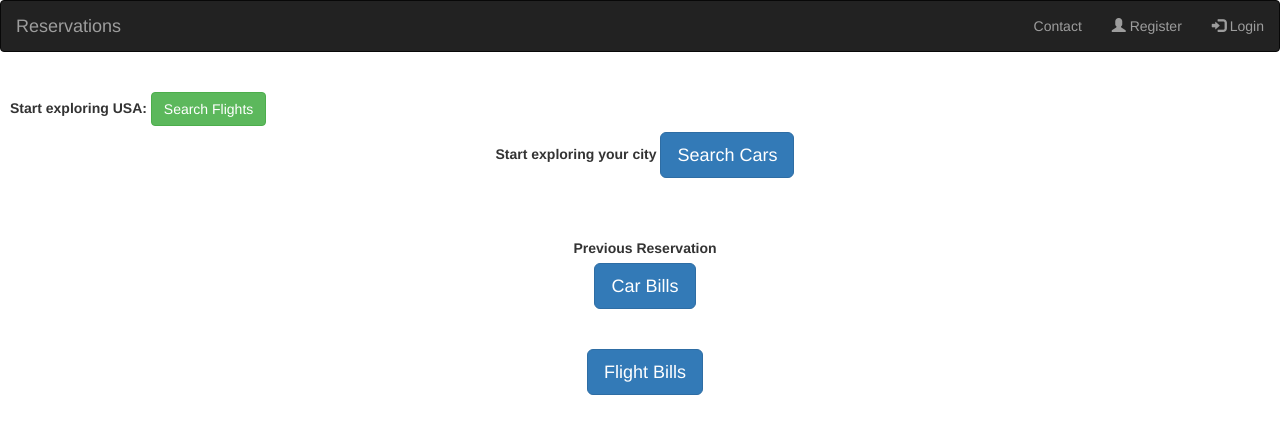
Repository: svnsiva/final-project
Page: http://localhost/flights-car-reservation/WEB-INF/pages/account.jsp
The author's editor kept a copy of each file at every save. The page is drawn from the files as they stood at one save, then again after the next save.
The browser window is 1280 px wide. The pictures show the whole page.
Some web libraries are served in a nearby version. The page is served by Tomcat 9. Nobody is signed in. Other server files are loaded and not shown. The template is opened directly, without the code that normally fills it, so the values that code supplies are empty.

Above is the page before, as saved 2017-08-06 00:07:52.

### flights-car-reservation/src/main/webapp/WEB-INF/pages/account.jsp
<%@ page language="java" contentType="text/html; charset=ISO-8859-1"
    pageEncoding="ISO-8859-1"%>
    <%@taglib uri="http://java.sun.com/jsp/jstl/core" prefix="c"%>
<%@taglib uri="http://www.springframework.org/tags/form" prefix="form" %>
<%@taglib uri="http://www.springframework.org/tags" prefix="spring" %>
<!DOCTYPE html PUBLIC "-//W3C//DTD HTML 4.01 Transitional//EN" "http://www.w3.org/TR/html4/loose.dtd">
<html>
<head>
<meta http-equiv="Content-Type" content="text/html; charset=ISO-8859-1">
<title>Insert title here</title>
  <link rel="stylesheet" href="https://maxcdn.bootstrapcdn.com/bootstrap/3.3.7/css/bootstrap.min.css">
  <script src="https://ajax.googleapis.com/ajax/libs/jquery/3.2.1/jquery.min.js"></script>
  <script src="https://maxcdn.bootstrapcdn.com/bootstrap/3.3.7/js/bootstrap.min.js"></script>
</head>
<body>

<style>
body{
/* background:url("http://kennethsurat.com/wp-content/uploads/2014/12/EXPLORE-DREAM-DISCOVER.jpg"); */
background-repeat:no-repeat;
background-size:cover;
}
.cen{

float:left;

}

</style>
<nav class="navbar navbar-inverse">
  <div class="container-fluid">
    <div class="navbar-header">
      <a class="navbar-brand">Reservations</a>
    </div>

    <ul class="nav navbar-nav navbar-right">
    	 <li><a href="${pageContext.request.contextPath}/contact">Contact</a></li>
      <li><a href="${pageContext.request.contextPath}/register"><span class="glyphicon glyphicon-user"></span> Register</a></li>
   <li><a href="${pageContext.request.contextPath}/login"><span class="glyphicon glyphicon-log-in"></span> Login</a></li>
    </ul>
  </div>
</nav>

 <div class="media">
    <div class="media-left">
     <!--  <img style="margin-left: 50px;" src="https://www.citizenpass.io/themes/citizen-pass/img/process-login.png" class="media-object" > -->
    </div>
    <div class="media-body text-center">
      <div><br>
      <div>
    <form class="form" action="${pageContext.request.contextPath}/search" method="get">
   <div class="cen">
    <label for="name">Start exploring USA:</label>

	<button type="submit" class="btn btn-success">Search Flights</button>
	</div>
	</form>
	</div>

   <br><br>
   <form class="form" action="${pageContext.request.contextPath}/cars" method="get">
	<div>
    <label for="name">Start exploring your city</label>
	<button type="submit" class="btn btn-primary btn-lg">Search Cars</button>
	</div></form>
	<br><br><br>
    <div>
    <label for="name">Previous Reservation</label>
    <form class="form-horizontal" action="${pageContext.request.contextPath}/carbills" method="get">

	<button type="submit" class="btn btn-primary btn-lg">Car Bills</button>

	</form>
	<br><br>
	<form class="form-horizontal" action="${pageContext.request.contextPath}/flightbills" method="get">

	<button type="submit" class="btn btn-primary btn-lg">Flight Bills</button>

	</form>
	</div>
      </div>
    </div>
    </div>
  </div>

</body>
</html>

After the next save:
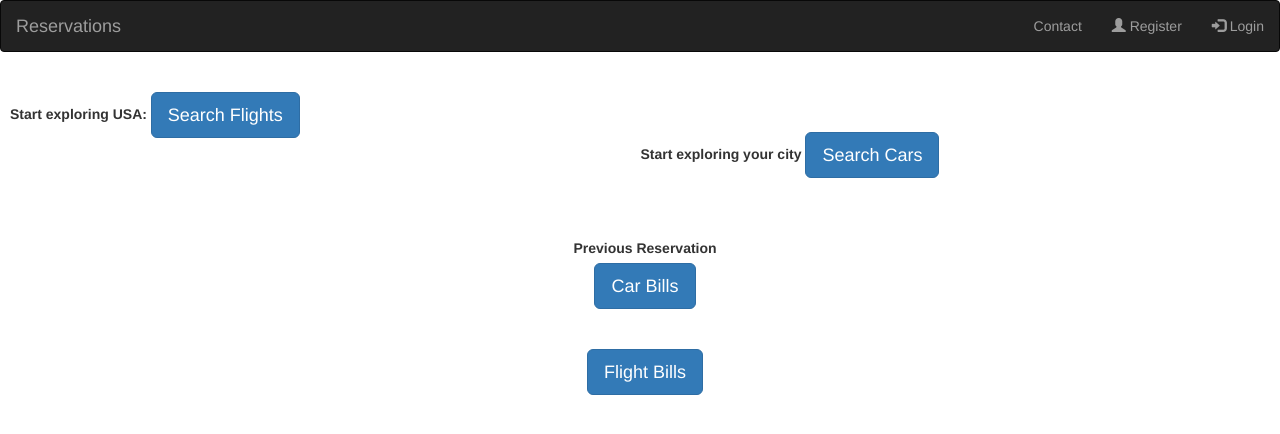
Saved 37 s later.
--- a/flights-car-reservation/src/main/webapp/WEB-INF/pages/account.jsp
+++ b/flights-car-reservation/src/main/webapp/WEB-INF/pages/account.jsp
@@ -52,7 +52,7 @@ float:left;
    <div class="cen">
     <label for="name">Start exploring USA:</label>
 
-	<button type="submit" class="btn btn-success">Search Flights</button>
+	<button type="submit" class="btn btn-primary btn-lg">Search Flights</button>
 	</div>
 	</form>
 	</div>
